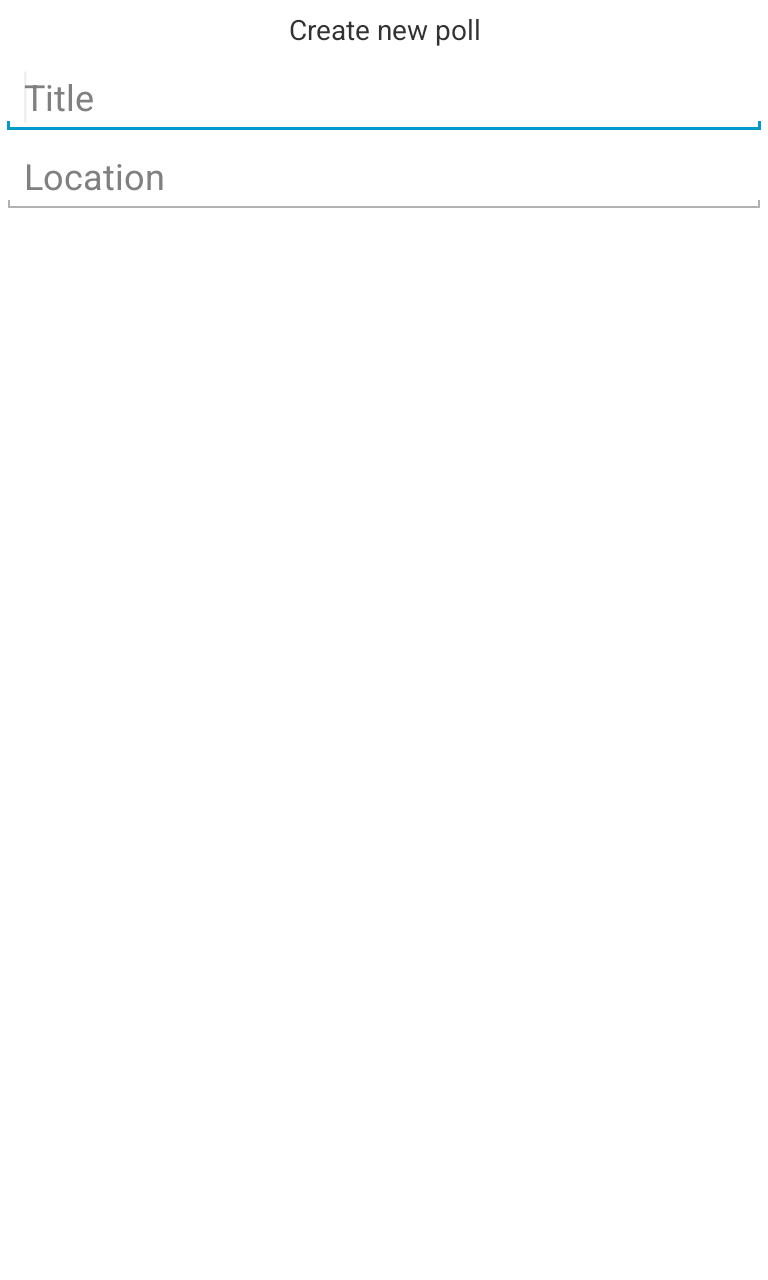
Repository: joelspang/mis_android
Layout: prak3/DoodleClient/res/layout/newpoll.xml
These files come from the project's save history. The layout is drawn as it stood at one moment and after the next save; the edit follows.
It is drawn on a 768 x 1280 px phone screen (xhdpi) without system bars, with theme AppTheme; the app's code is not run.

Above is the layout before, as saved 2014-06-03 17:39:36.

After the next save:
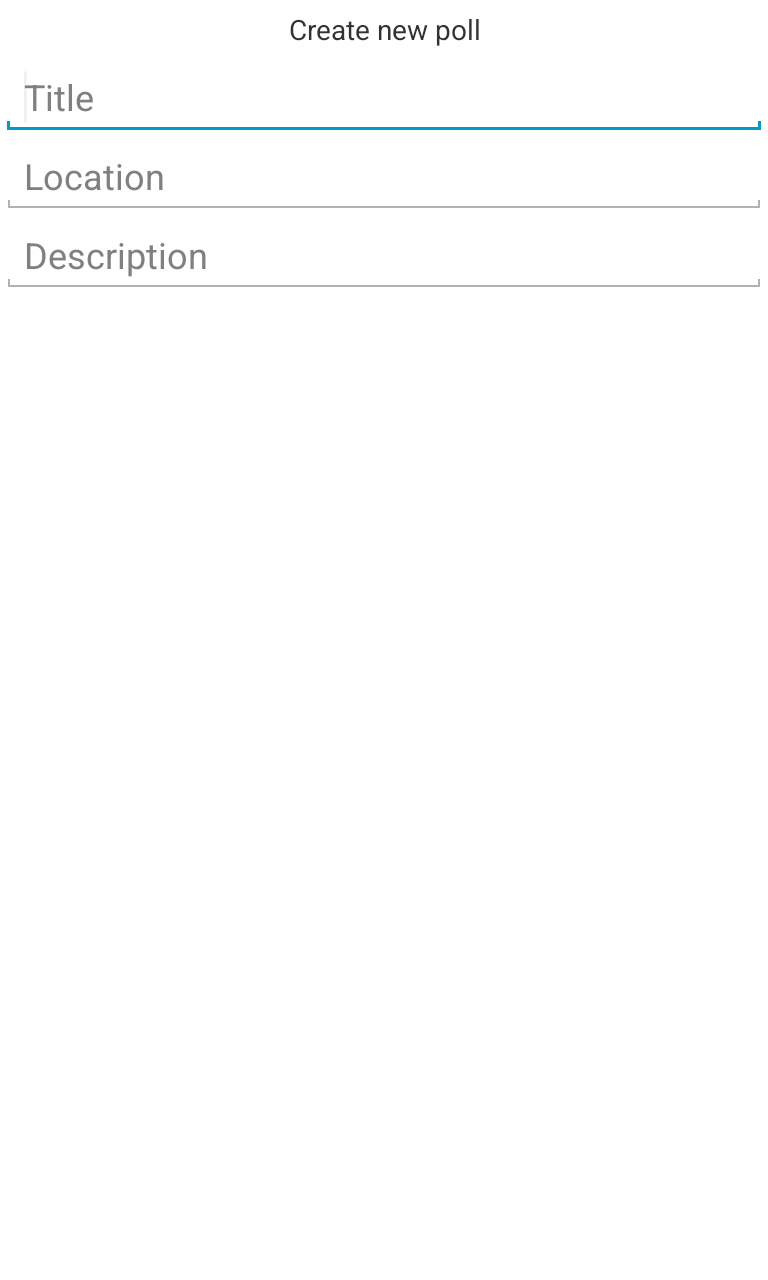
Saved 5 min 3 s later.
--- a/prak3/DoodleClient/res/layout/newpoll.xml
+++ b/prak3/DoodleClient/res/layout/newpoll.xml
@@ -13,7 +13,7 @@
         android:text="Create new poll" />
 
     <EditText
-        android:id="@+id/editText1"
+        android:id="@+id/txtNpTitle"
         android:layout_width="match_parent"
         android:layout_height="wrap_content"
         android:ems="10"
@@ -23,10 +23,18 @@
     </EditText>
 
     <EditText
-        android:id="@+id/editText2"
+        android:id="@+id/txtNpLocation"
         android:layout_width="match_parent"
         android:layout_height="wrap_content"
         android:ems="10"
         android:hint="Location" />
 
+    <EditText
+        android:id="@+id/txtNpDescription"
+        android:layout_width="match_parent"
+        android:layout_height="wrap_content"
+        android:ems="10"
+        android:hint="Description"
+        android:inputType="textMultiLine" />
+
 </LinearLayout>
